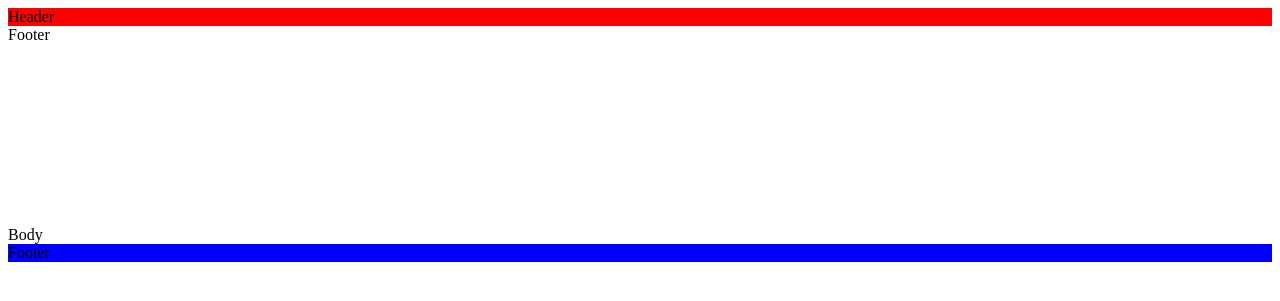
Repository: kozue-terao/samurai_HTML-CSS
Page: about.html
The author's editor kept a record of every edit. The page is drawn from the files as they stood at one moment, then again after the next edit.
The browser window is 1280 px wide. The pictures show the whole page.

Above is the page before.

### about.html
<html lang="ja">
    <head>
        <style>
           #header {
                background-color: red;
            }
            footer {
                background-color: blue;

            }
            .size {
                height: 200px;
            }
        </style>
    </head>
    <body>
        <div id="header">
            Header
        </div>
        <div class="size">
            Footer
        </div>

        </div class="size">
        Body
        </div>
        <footer>
            Footer
        </footer>
    </body>
</html>

After the next edit:
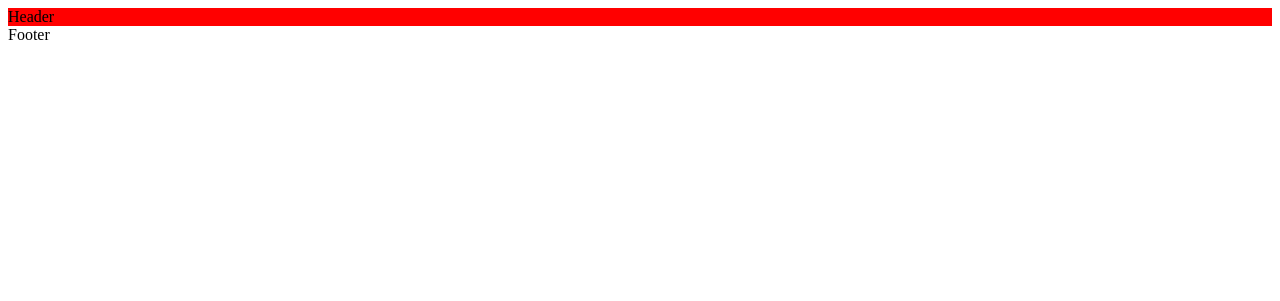
The edit:
--- a/about.html
+++ b/about.html
@@ -20,12 +20,5 @@
         <div class="size">
             Footer
         </div>
-
-        </div class="size">
-        Body
-        </div>
-        <footer>
-            Footer
-        </footer>
     </body>
 </html>
